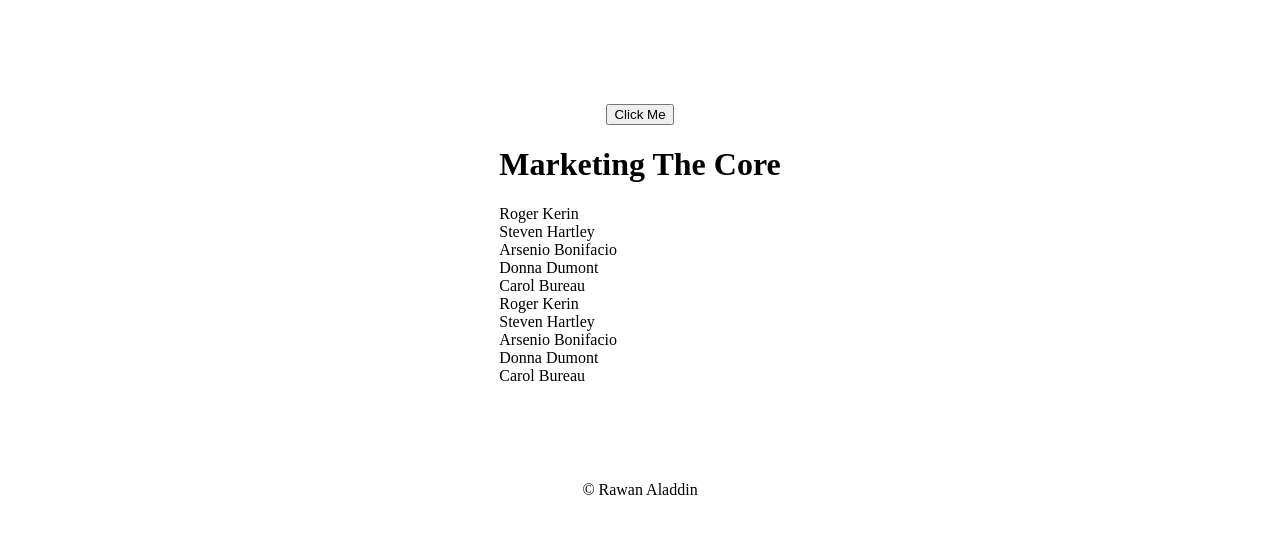
Repository: Aladdin3r/mdia2109
Page: / (app in a01386700_aladdin_assessment_3/), after clicking the first element matching `button`
An editor plug-in stored every save of this project. The page is shown before and after a run of saves, followed by the edit.
The browser window is 1280 px wide. The pictures show the whole page.
The project was rebuilt for these pictures with package versions that can differ from the ones it lists, and the page was loaded fresh each time. The framework's server and built-in components were replaced by stand-ins that run in the browser. Also part of the build but not shown: a01386700_aladdin_assessment_3/next.config.mjs.

Above is the page before, as saved 2024-02-13 13:36:28.

### a01386700_aladdin_assessment_3/pages/index.js
import Head from "next/head";
import styles from "@/styles/Home.module.css";
import Footer from "@/components/Footer";
import { inventory } from "@/data/books";
import { useState } from "react";

export default function Home() {

  const [data, setData] = useState();

  const addingData = () => {
    console.log("here");
    setData(inventory);
    console.log(inventory);
  }

  return (
    <>
      <Head>
        <title>BCIT Book Store</title>
        <meta name="description"
        content=
        "All online pick-up orders are available at the Burnaby Campus Bookstore (SE2). Please allow 2-3 business days for order processing."
       />
        <meta name="viewport" content="width=device-width, initial-scale=1" />
        <link rel="icon" href="/favicon.ico" />
      </Head>
      <main className={`${styles.main}`}>
        <button onClick={() => addingData()}>Click Me</button>
        {
          data && data.books.map((b, index) => {
            if(b.edition == 6) {
              return(
                <div key={index}>
                  <h1>{b.title}</h1>
                  {
                    b.authors && b.authors.map((a, ind) => {
                      return(
                        <div key={ind}>
                          {a}
                        </div>
                      )
                    })
                  }
                  {
                    b.image && b.authors.map((a, ind) => {
                      return(
                        <div key={ind}>
                          {a}
                        </div>
                      )
                    })
                  }
                </div>
              )
            }
          })

        }
      </main>
      <Footer/>
    </>
  );
}

### a01386700_aladdin_assessment_3/styles/globals.css
:root {
 background-color: #fff;
 --highlight: #FFF400;
 --blue: #003C71;
 --white-text: #fff;
 --product-background: rgb(245,245,245);
}

### a01386700_aladdin_assessment_3/styles/Home.module.css
.main {
  display: flex;
  flex-direction: column;
  justify-content: space-between;
  align-items: center;
  padding: 6rem;
  min-height: 20vh;
}

### a01386700_aladdin_assessment_3/components/Footer/index.js
import styles from './Footer.module.css'

export default function Footer() {
    return(
        <footer className={styles.footer}>
            &#xa9; Rawan Aladdin
        </footer>
    )
}

### a01386700_aladdin_assessment_3/data/books.js
export const inventory = {
    books: [
        {
            course: "MKTG 1102",
            title: "Marketing The Core",
            authors: ["Roger Kerin", "Steven Hartley", "Arsenio Bonifacio", "Donna Dumont", "Carol Bureau"],
            edition: 6,
            image: "./books/marketing-the-core.jpg"
        }
    ]
}

### a01386700_aladdin_assessment_3/components/Footer/Footer.module.css
.footer {
    display: flex;
    justify-content: center;
}

Loaded but not shown: a01386700_aladdin_assessment_3/pages/_app.js (common file); a01386700_aladdin_assessment_3/pages/_document.js (common file)

After the next 6 saves:
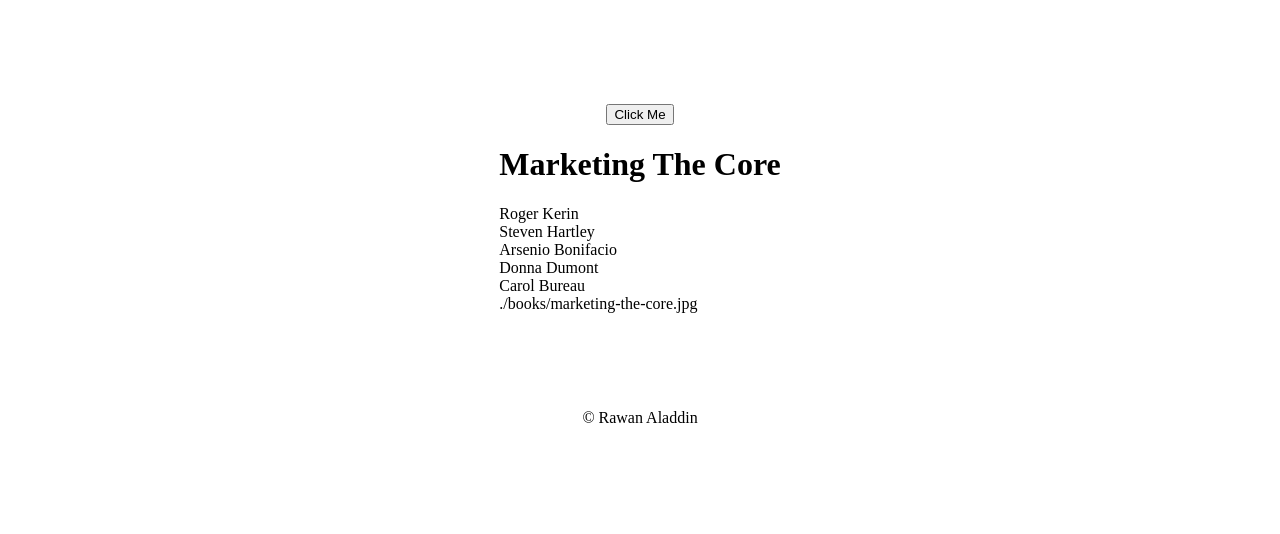
The 6 saves are shown as one change because 1 did not build or start and some came seconds apart.
The last was saved 28 s later.
--- a/a01386700_aladdin_assessment_3/pages/index.js
+++ b/a01386700_aladdin_assessment_3/pages/index.js
@@ -43,13 +43,7 @@
                     })
                   }
                   {
-                    b.image && b.authors.map((a, ind) => {
-                      return(
-                        <div key={ind}>
-                          {a}
-                        </div>
-                      )
-                    })
+                    b.image
                   }
                 </div>
               )
